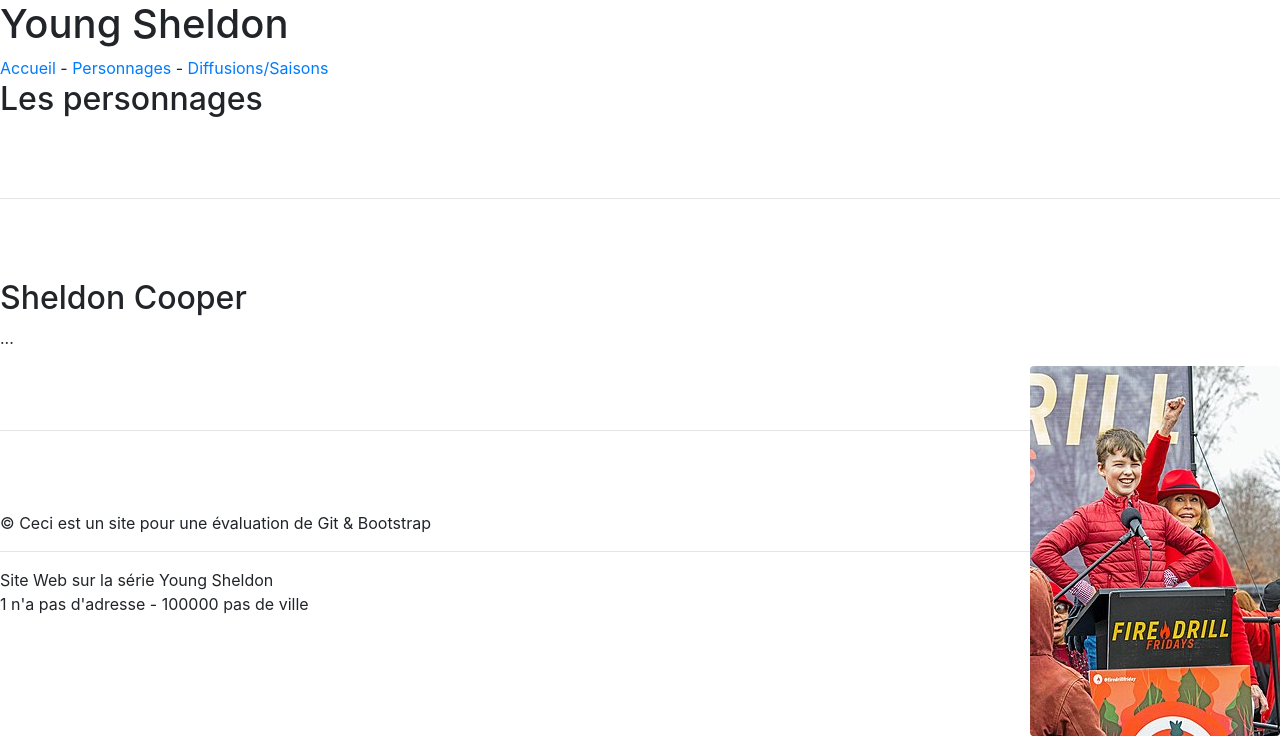
Repository: jkoz-dev/Site_Web_Young_Sheldon_KOZIEL.github.io
Page: personnages.html
These files come from the project's save history. The page is drawn as it stood at one moment and after the next save; the edit follows.
The browser window is 1280 px wide. The pictures show the whole page.

Above is the page before, as saved 2025-12-12 11:42:34.

### personnages.html
<!DOCTYPE html>
<html lang="fr">

<head> <!-- En-tête de la page -->
    <meta charset="utf-8" /> <!-- Cette balise indique l'encodage utilisé dans votre fichier .html ici utf-8 -->
    <title>Young Sheldon</title> <!-- Ce titre s'affiche dans l'onglet du navigateur -->
    <meta name="viewport" content="width=device-width, initial-scale=1, shrink-to-fit=no">
    <link rel="stylesheet" href="https://cdn.jsdelivr.net/npm/bootstrap@4.5.3/dist/css/bootstrap.min.css"
        integrity="sha384-TX8t27EcRE3e/ihU7zmQxVncDAy5uIKz4rEkgIXeMed4M0jlfIDPvg6uqKI2xXr2" crossorigin="anonymous">
    <link rel="stylesheet" href="style.css" />
</head>

<body> <!-- Corps de la page -->

    <!-- HEADER Titre de la page -->
    <header>
        <h1>Young Sheldon</h1>
    </header>
    <!-- MENU PRINCIPAL -->
    <nav><a href="index.html">Accueil</a> - <a href="personnages.html">Personnages</a> - <a
            href="saisons.html">Diffusions/Saisons</a></nav>

    <!-- ZONE PRINCIPALE -->
    <h2>Les personnages</h2>
    <hr class="barre_separation">
    <h2>Sheldon Cooper</h2>
    <p>...</p>
    <img src="./images/sheldon_cooper.jpg" class="rounded float-right" alt="sheldon cooper jeune">
    <hr class="barre_separation">

    <footer>
        <p>&copy; Ceci est un site pour une évaluation de Git & Bootstrap </p>
        <hr>
        <address>Site Web sur la série Young Sheldon <br> 1 n'a pas d'adresse - 100000 pas de ville</address>
    </footer>
</body>

</html>

### style.css
.barre_separation {
  margin: 5rem 0;
}

After the next save:
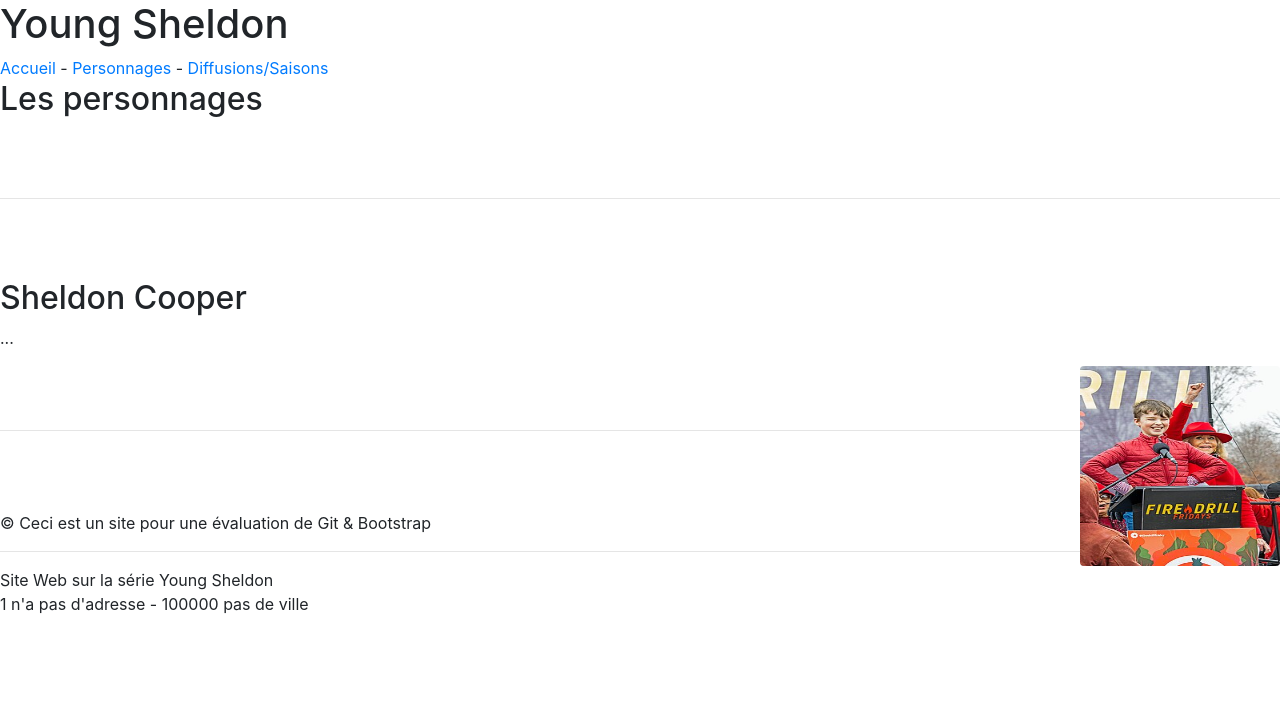
Saved 27 s later.
--- a/personnages.html
+++ b/personnages.html
@@ -25,7 +25,7 @@
     <hr class="barre_separation">
     <h2>Sheldon Cooper</h2>
     <p>...</p>
-    <img src="./images/sheldon_cooper.jpg" class="rounded float-right" alt="sheldon cooper jeune">
+    <img src="./images/sheldon_cooper.jpg" class="rounded float-right" alt="sheldon cooper jeune" width="200" height="200">
     <hr class="barre_separation">
 
     <footer>
